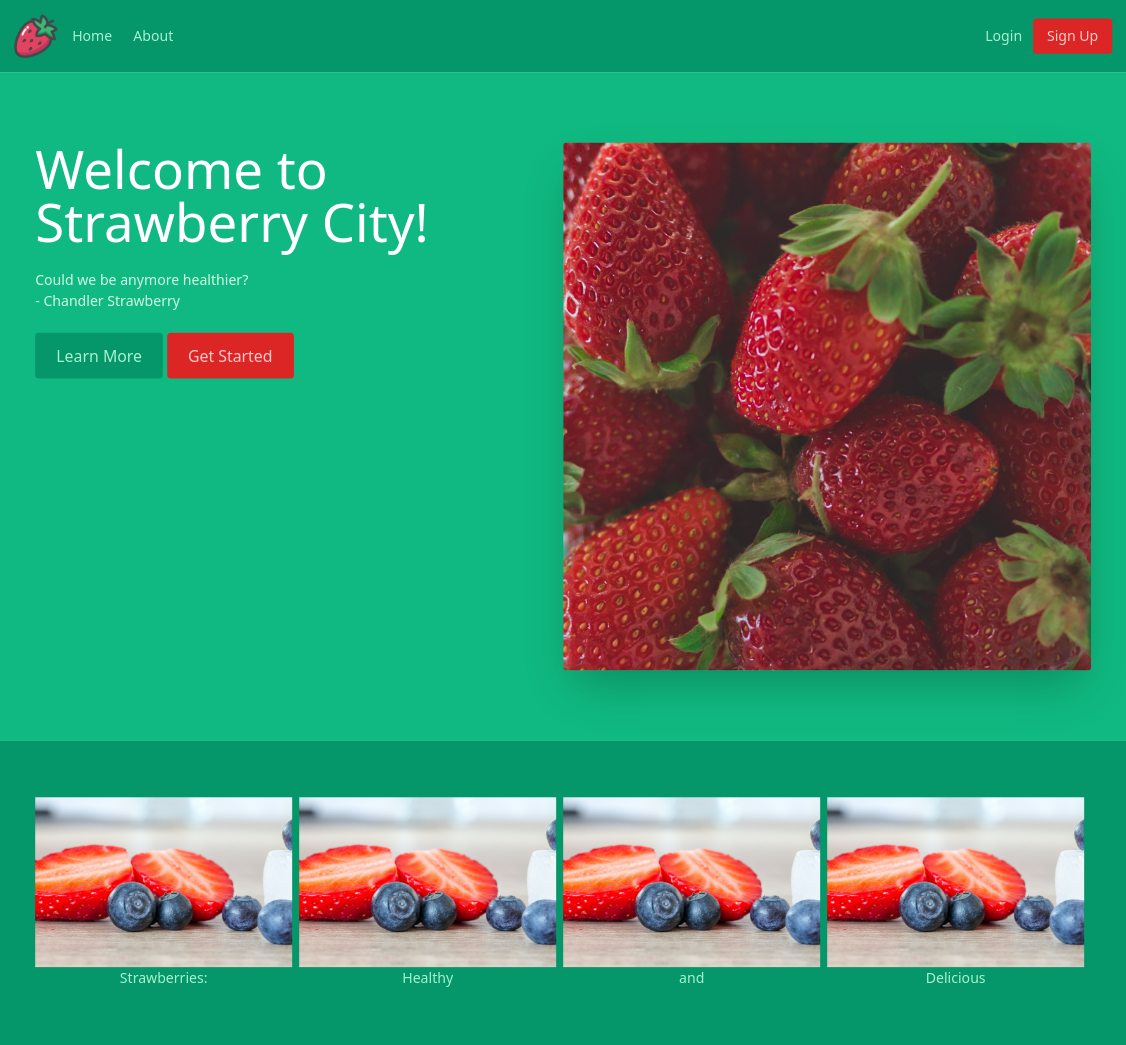
Repository: DaNiels89/tailwind-stawberries
Page: index.html
An editor plug-in stored every save of this project. The page is shown before and after the next save, followed by the edit.
The browser window is 1280 px wide. The pictures show the whole page, at 88% of full size.

Above is the page before, as saved 2020-08-24 14:34:43.

### index.html
<!DOCTYPE html>
<html lang="en">
  <head>
    <meta charset="UTF-8" />
    <meta name="viewport" content="width=device-width, initial-scale=1.0" />
    <title>Website with Tailwind</title>
    <link
      href="https://unpkg.com/tailwindcss@^1.0/dist/tailwind.min.css"
      rel="stylesheet"
    />
  </head>
  <body>
    <header class="bg-green-600 p-4">
      <nav class="flex justify-between items-center">
        <div class="flex items-center">
          <img
            src="img/strawberry-icon.png"
            alt="Strawberry logo"
            class="mr-2"
            width="50"
          />
          <a
            href="#"
            class="inline-block p-2 text-green-200 hover:text-green-100 mr-2"
            >Home</a
          >
          <a
            href="#"
            class="inline-block p-2 text-green-200 hover:text-green-100"
            >About</a
          >
        </div>
        <div class="">
          <a
            href="#"
            class="inline-block p-2 text-green-200 hover:text-green-100"
            >Login</a
          >
          <a
            href="#"
            class="inline-block py-2 px-4 text-red-200 bg-red-600 rounded hover:text-red-100 hover:bg-red-500 transition ease-in duration-150"
            >Sign Up</a
          >
        </div>
      </nav>
    </header>
    <main class="">
      <div
        class="md:flex justify-between py-20 px-10 bg-green-500 text-green-100"
      >
        <div class="md:w-1/2 mb-10 md:mb-0">
          <h1 class="text-2xl md:text-4xl lg:text-6xl text-white mb-6">
            Welcome to Strawberry City!
          </h1>
          <p class="">Could we be anymore healthier?</p>
          <p class="mb-6">- Chandler Strawberry</p>

          <a
            href="#"
            class="inline-block py-3 px-6 text-lg text-green-200 bg-green-600 rounded hover:text-green-100 hover:bg-green-400 transition ease-in duration-150"
            >Learn More</a
          >
          <a
            href="#"
            class="inline-block py-3 px-6 text-lg text-red-200 bg-red-600 rounded hover:text-red-100 hover:bg-red-500 transition ease-in duration-150"
            >Get Started</a
          >
        </div>
        <div class="w-1/2">
          <img
            src="img/strawberry.jpg"
            alt="Strawberries"
            class="w-full rounded shadow-2xl"
          />
        </div>
      </div>
      <div class="flex py-16 px-10 bg-green-600 text-green-200 text-center">
        <div class="mr-2">
          <img src="img/strawberries4.jpg" alt="Strawberries" class="w-full" />
          <p class="">Strawberries:</p>
        </div>
        <div class="mr-2">
          <img src="img/strawberries4.jpg" alt="Strawberries" class="w-full" />
          <p class="">Healthy</p>
        </div>
        <div class="mr-2">
          <img src="img/strawberries4.jpg" alt="Strawberries" class="w-full" />
          <p class="">and</p>
        </div>
        <div class="mr-2">
          <img src="img/strawberries4.jpg" alt="Strawberries" class="w-full" />
          <p class="">Delicious</p>
        </div>
      </div>
    </main>
    <footer class=""></footer>
  </body>
</html>

After the next save:
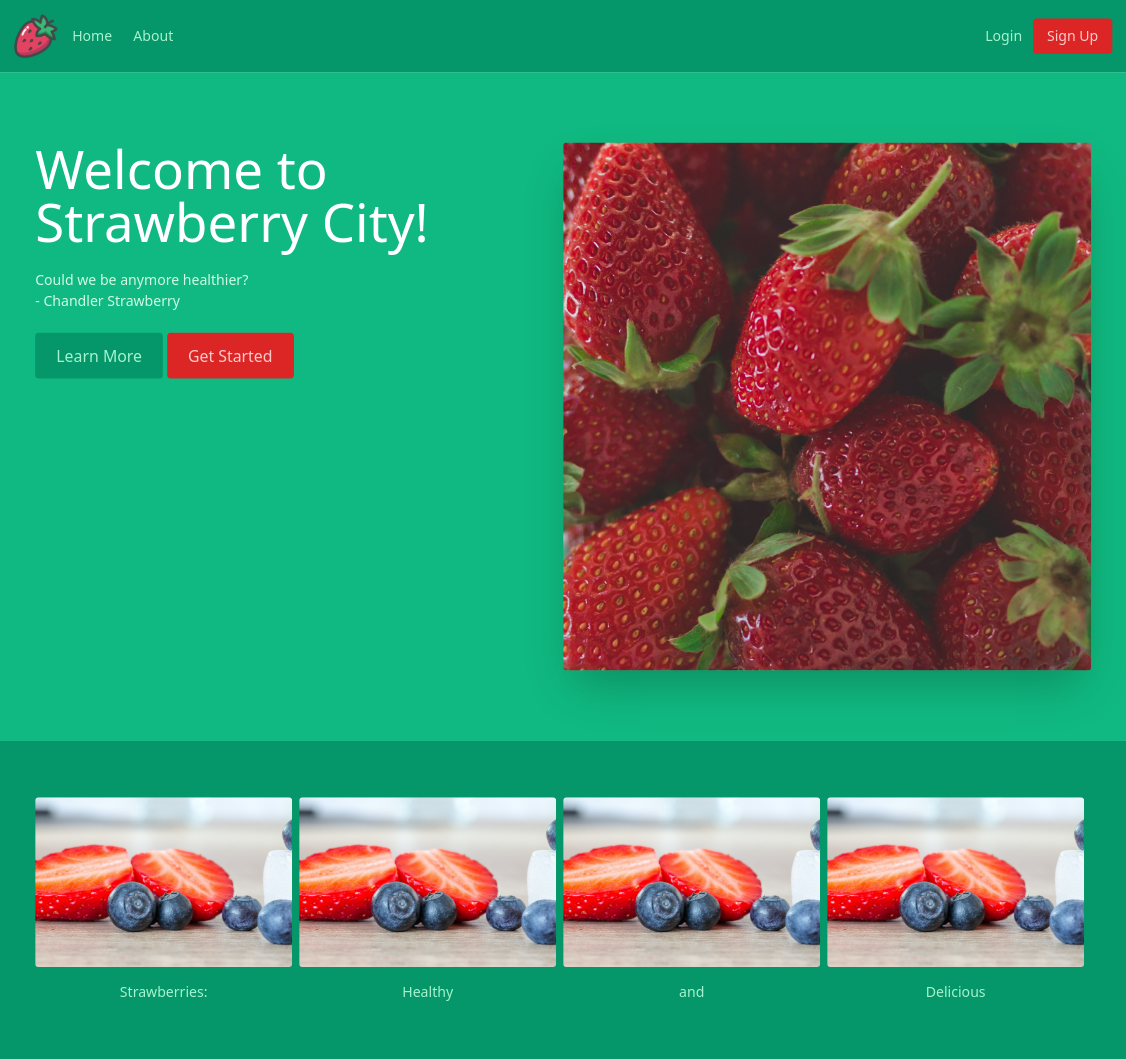
Saved 55 s later.
--- a/index.html
+++ b/index.html
@@ -76,19 +76,35 @@
       </div>
       <div class="flex py-16 px-10 bg-green-600 text-green-200 text-center">
         <div class="mr-2">
-          <img src="img/strawberries4.jpg" alt="Strawberries" class="w-full" />
+          <img
+            src="img/strawberries4.jpg"
+            alt="Strawberries"
+            class="w-full mb-4 rounded"
+          />
           <p class="">Strawberries:</p>
         </div>
         <div class="mr-2">
-          <img src="img/strawberries4.jpg" alt="Strawberries" class="w-full" />
+          <img
+            src="img/strawberries4.jpg"
+            alt="Strawberries"
+            class="w-full mb-4 rounded"
+          />
           <p class="">Healthy</p>
         </div>
         <div class="mr-2">
-          <img src="img/strawberries4.jpg" alt="Strawberries" class="w-full" />
+          <img
+            src="img/strawberries4.jpg"
+            alt="Strawberries"
+            class="w-full mb-4 rounded"
+          />
           <p class="">and</p>
         </div>
         <div class="mr-2">
-          <img src="img/strawberries4.jpg" alt="Strawberries" class="w-full" />
+          <img
+            src="img/strawberries4.jpg"
+            alt="Strawberries"
+            class="w-full mb-4 rounded"
+          />
           <p class="">Delicious</p>
         </div>
       </div>
